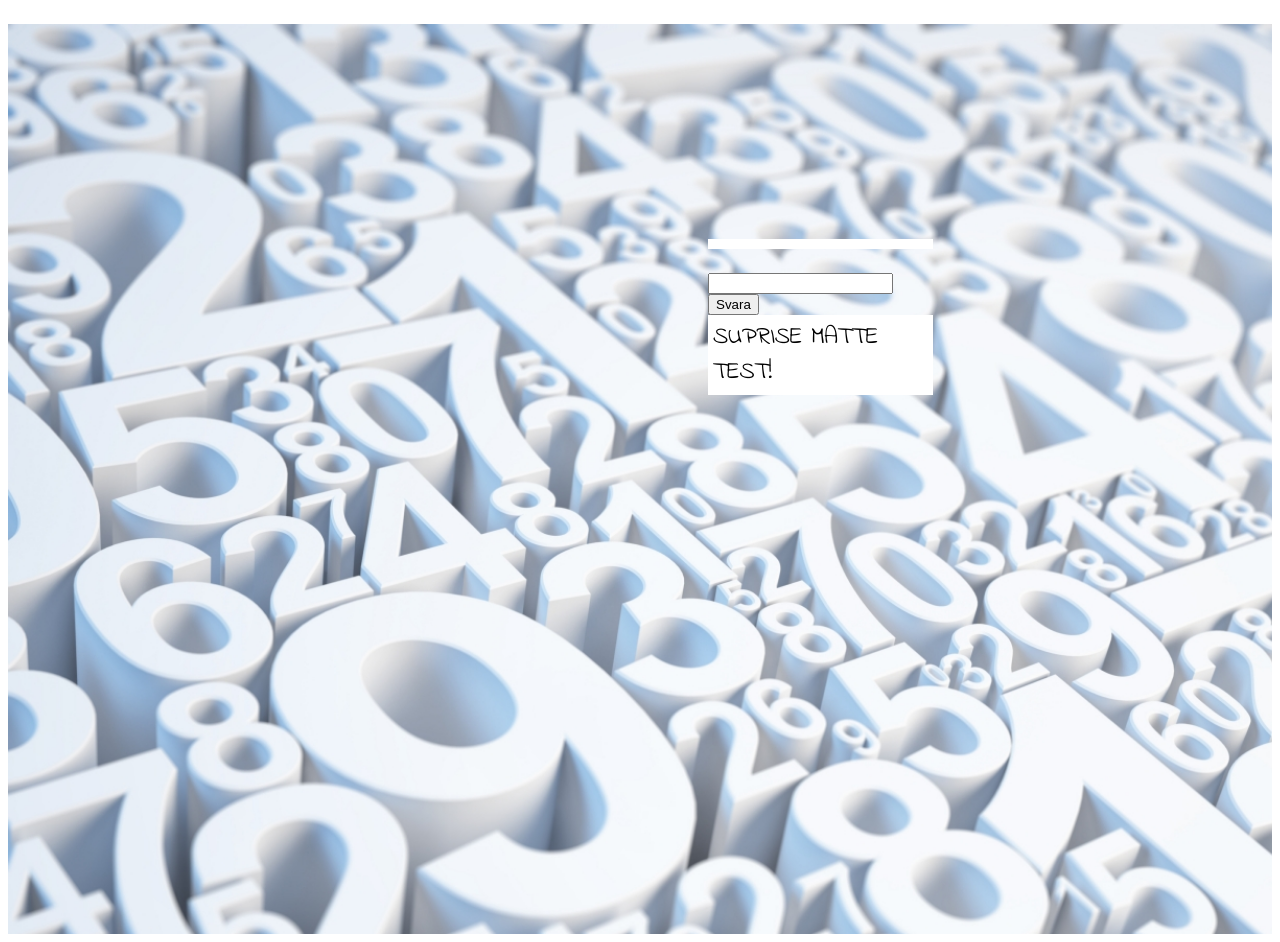
Repository: lw222gz/1dv403-laborationer-lw222gz
Page: 4-thequiz/index.html
The author's editor kept a record of every edit. The page is drawn from the files as they stood at one moment, then again after the next edit.
The browser window is 1280 px wide. The pictures show the whole page.
The page's requests for data from a server got no answer.

Above is the page before.

### 4-thequiz/index.html
<!DOCTYPE html>
<html lang="sv">
    <head>
        <title>The quiz</title>
        <meta charset="utf-8" />
        <link rel="stylesheet" href="style.css" />
        <link href='http://fonts.googleapis.com/css?family=Indie+Flower' rel='stylesheet' type='text/css'>
    </head>
<body>
    <div id="container">
        <div id="board">
            <p id="question"></p>
            <input type="text" id="svar"/>
            <input id="button" type="submit" value="Svara"/>
            <div id="questionStatus">SUPRISE MATTE TEST!</div>
        </div>
    </div>
    <script src="quiz.js"></script>
</body>
</html>

### 4-thequiz/style.css
#container{
    margin-top:0;
    width:100%;
    height:910px;
    background-image:url(numbers.jpg);
    background-size:1680px;
    background-repeat:no-repeat;
}
#board{
    position:relative;
    left:700px;
    top:215px;
    width:235px;
    height:65px;
}
#question{
    font-family: 'Indie Flower', cursive;
    font-size:24px;
    width:215px;
    height:auto;
    padding:5px;
    background-color:white;
}
#questionStatus{
    font-family: 'Indie Flower', cursive;
    font-size:24px;
    width:215px;
    height:auto;
    padding:5px;
    background-color:white;
}

### 4-thequiz/quiz.js
"use strict";

var quiz = {
    init:function(){
        quiz.renderQuestion("http://vhost3.lnu.se:20080/question/1")
    },

    renderQuestion: function(url){

        var serverQuestion = document.getElementById("question");
        var XHR = new XMLHttpRequest();
        var input = document.getElementById("svar");
        input.value = "";

        XHR.onreadystatechange = function(){
            if (XHR.readyState === 4 && XHR.status === 200)
            {
                var serverObj = JSON.parse(XHR.responseText);
                serverQuestion.innerHTML = serverObj.question;

                document.getElementById("button").addEventListener("click", function(e){
                    if (input.value !== "")
                    {
                        quiz.answerQuestion(input.value, serverObj.nextURL)
                    }
                    else
                    {
                        e.preventDefault();
                    }
                })
                document.getElementById("svar").addEventListener("keydown", function(e) {
                    if (e.keyCode === 13)
                    {
                        if (input.value !== "")
                        {
                            quiz.answerQuestion(input.value, serverObj.nextURL)
                        }
                        else
                        {
                            e.preventDefault();
                        }
                    }
                })
            }
        }
        XHR.open("GET",url , true)
        XHR.send(null)

    },

    answerQuestion: function(answer, url){
        var xhr1 = new XMLHttpRequest();
        var i;
        xhr1.onreadystatechange = function(){
             if (xhr1.readyState === 4)
             {
                var response = JSON.parse(xhr1.responseText);
                if (response.message === "Correct answer!")
                {

                    if (response.nextURL !== undefined)
                    {
                        tryArr.push(quiz.Tries)
                        quiz.renderQuestion(response.nextURL)
                        document.getElementById("questionStatus").innerHTML = "Rätt svar!"
                        console.log(quiz.tryArray)
                    }
                    else
                    {

                        document.getElementById("questionStatus").innerHTML = "Du klara dig! Resultat:"
                        document.getElementById("button").disabled = true;
                        document.getElementById("svar").value = "";
                        document.getElementById("svar").disabled = true;
                        for (i = 1; i < quiz.tryArray.length + 1; i +=1)
                        {
                            var pTag = document.createElement("p")
                            pTag.innerHTML = "Fråga "+i+": "+tryArr[i-1]+" försök"
                            document.getElementById("questionStatus").appendChild(pTag);
                        }
                    }
                }
                else
                {
                    Tries += 1;
                    document.getElementById("svar").value = "";
                    console.log(quiz.tryArray)
                    document.getElementById("questionStatus").innerHTML = "Fel svar!"
                }
            }
        }
        var sendAnswer = JSON.stringify({answer: answer})
        xhr1.open("POST",url , true)
        xhr1.setRequestHeader("Content-type", "application/json")
        xhr1.send(sendAnswer)
    },
}
window.onload = quiz.init;

After the next edit:
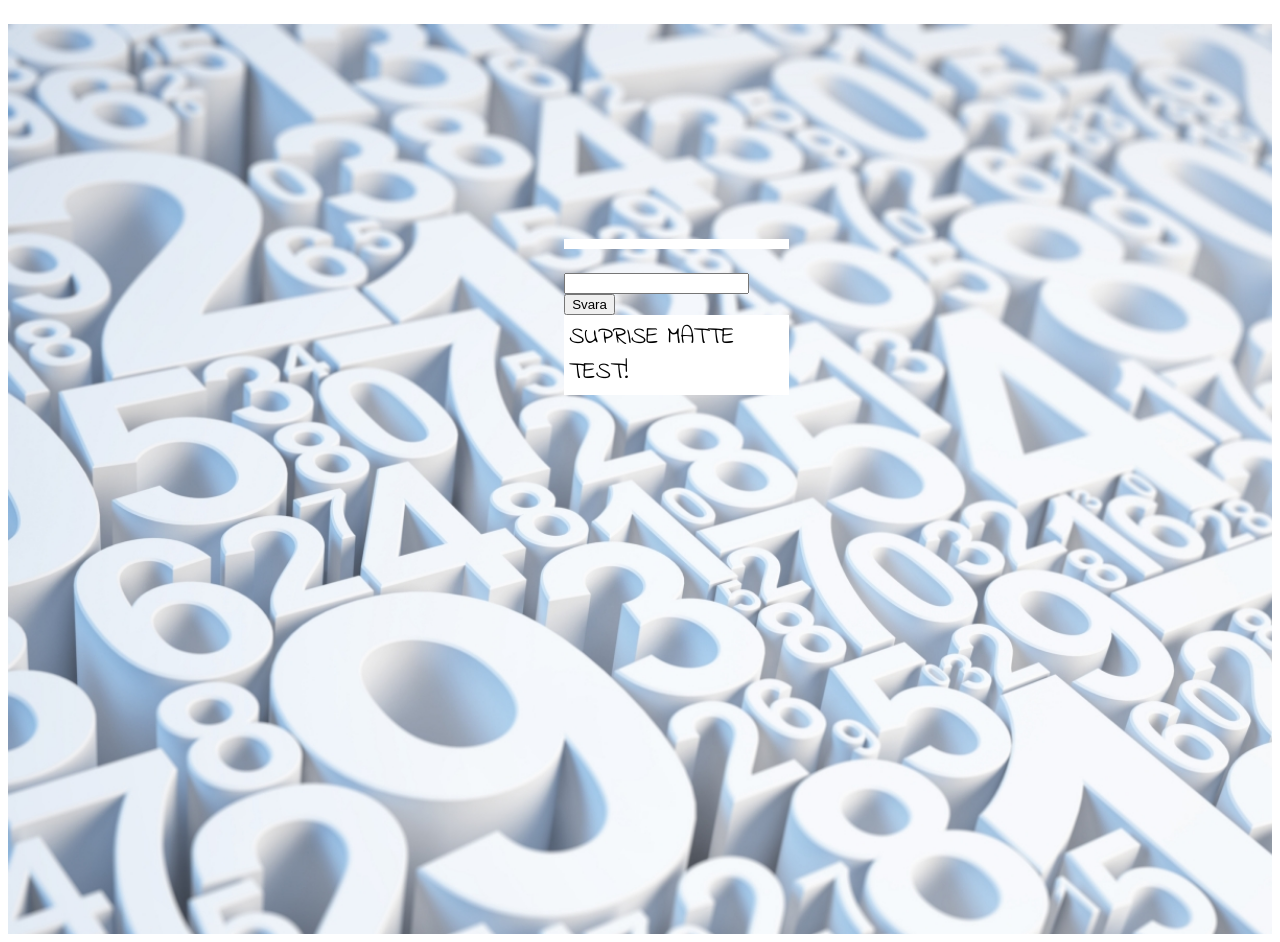
The edit:
--- a/4-thequiz/style.css
+++ b/4-thequiz/style.css
@@ -8,7 +8,7 @@
 }
 #board{
     position:relative;
-    left:700px;
+    left:44%;
     top:215px;
     width:235px;
     height:65px;
